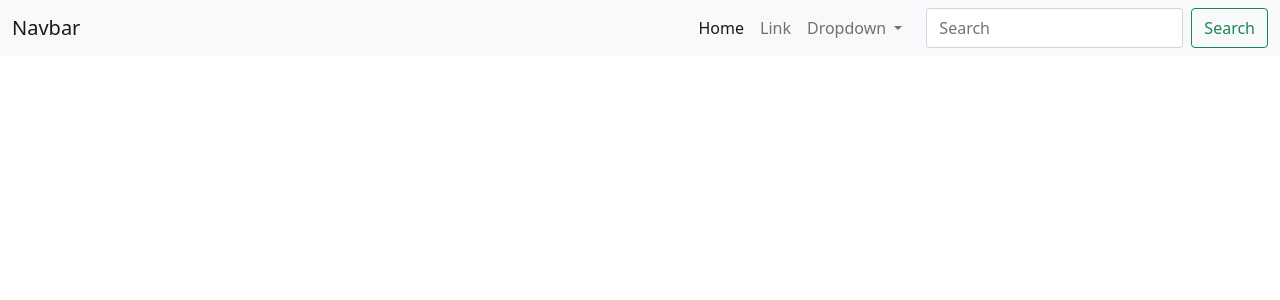
Repository: ttranhhoang/layoutBS
Page: index.html
These files come from the project's save history. The page is drawn as it stood at one moment and after the next save; the edit follows.
The browser window is 1280 px wide. The pictures show the whole page.

Above is the page before, as saved 2022-04-23 15:43:31.

After the next save:
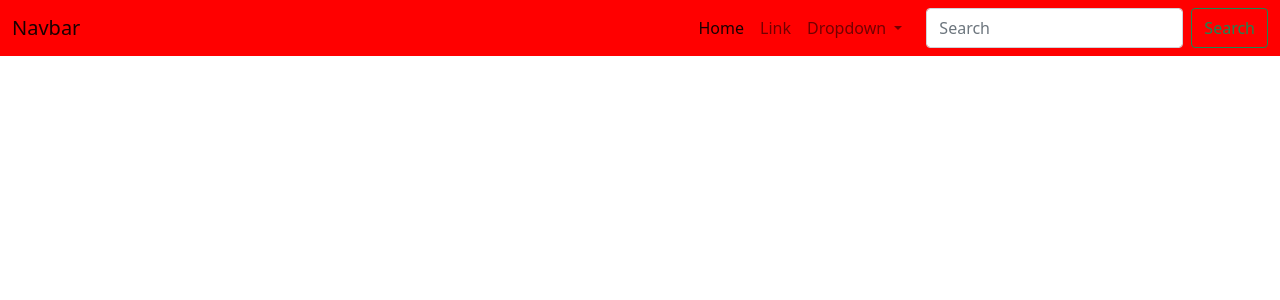
Saved 40 s later.
--- a/index.html
+++ b/index.html
@@ -15,7 +15,7 @@
   </head>
   <body>
     <main class="main">
-      <nav class="navbar navbar-expand-lg navbar-light bg-light">
+      <nav class="navbar navbar-expand-lg navbar-light bt">
         <div class="container-fluid">
           <a class="navbar-brand" href="#">Navbar</a>
           <button
